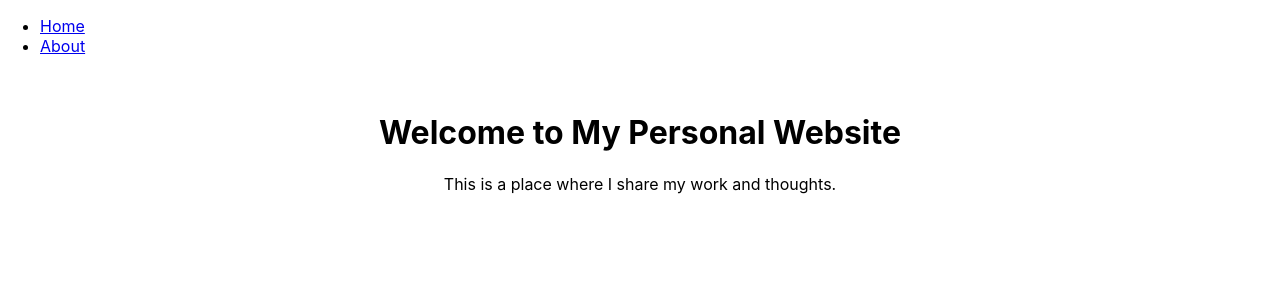
Repository: nicholaschen09/personalWebsite
Page: /
These files come from the project's save history. The page is drawn as it stood at one moment and after the next save; the edit follows.
The browser window is 1280 px wide. The pictures show the whole page.
The project was rebuilt for these pictures with package versions that can differ from the ones it lists, and the page was loaded fresh each time. Also part of the build but not shown: src/components/About.css, src/components/About.js.

Above is the page before, as saved 2024-05-22 22:52:06.

### src/App.js
import React from 'react';
import { BrowserRouter as Router, Route, Routes, Link } from 'react-router-dom';
import About from './components/About.js';
import Home from './components/Home.js';

function App() {
  return (
    <Router>
      <div>
        <nav>
          <ul>
            <li>
              <Link to="/">Home</Link>
            </li>
            <li>
              <Link to="/about">About</Link>
            </li>
          </ul>
        </nav>

        <Routes>
          <Route path="/about" element={<About />} />
          <Route path="/" element={<Home />} />
        </Routes>
      </div>
    </Router>
  );
}

export default App;

### src/components/Home.js
// src/components/Home/Home.js
import React from 'react';
import './Home.css';

const Home = () => {
    return (
        <div className="home">
            <h1>Welcome to My Personal Website</h1>
            <p>This is a place where I share my work and thoughts.</p>
        </div>
    );
};

export default Home;

### src/components/Home.css
/* src/components/Home/Home.css */
.home {
    text-align: center;
    padding: 20px;
}

Loaded but not shown: public/index.html (common file); src/index.js (common file); src/index.css (common file); src/reportWebVitals.js (common file)

After the next save:
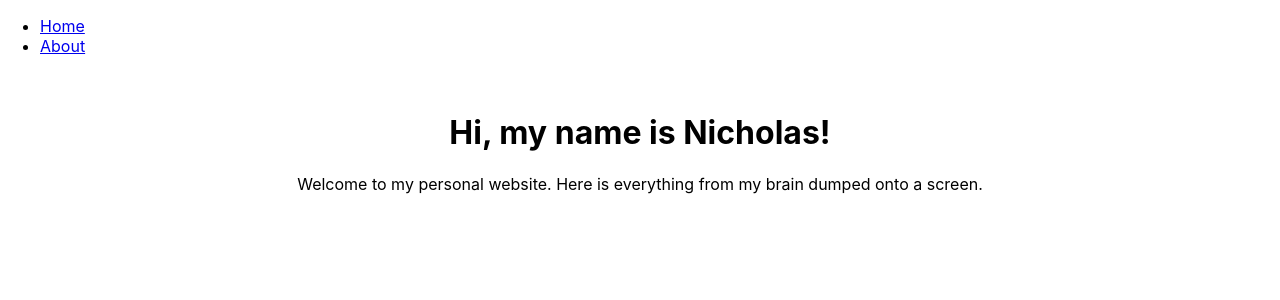
Saved 8 min 32 s later.
--- a/src/components/Home.js
+++ b/src/components/Home.js
@@ -5,8 +5,8 @@ import './Home.css';
 const Home = () => {
     return (
         <div className="home">
-            <h1>Welcome to My Personal Website</h1>
-            <p>This is a place where I share my work and thoughts.</p>
+            <h1>Hi, my name is Nicholas! </h1>
+            <p>Welcome to my personal website. Here is everything from my brain dumped onto a screen.</p>
         </div>
     );
 };
